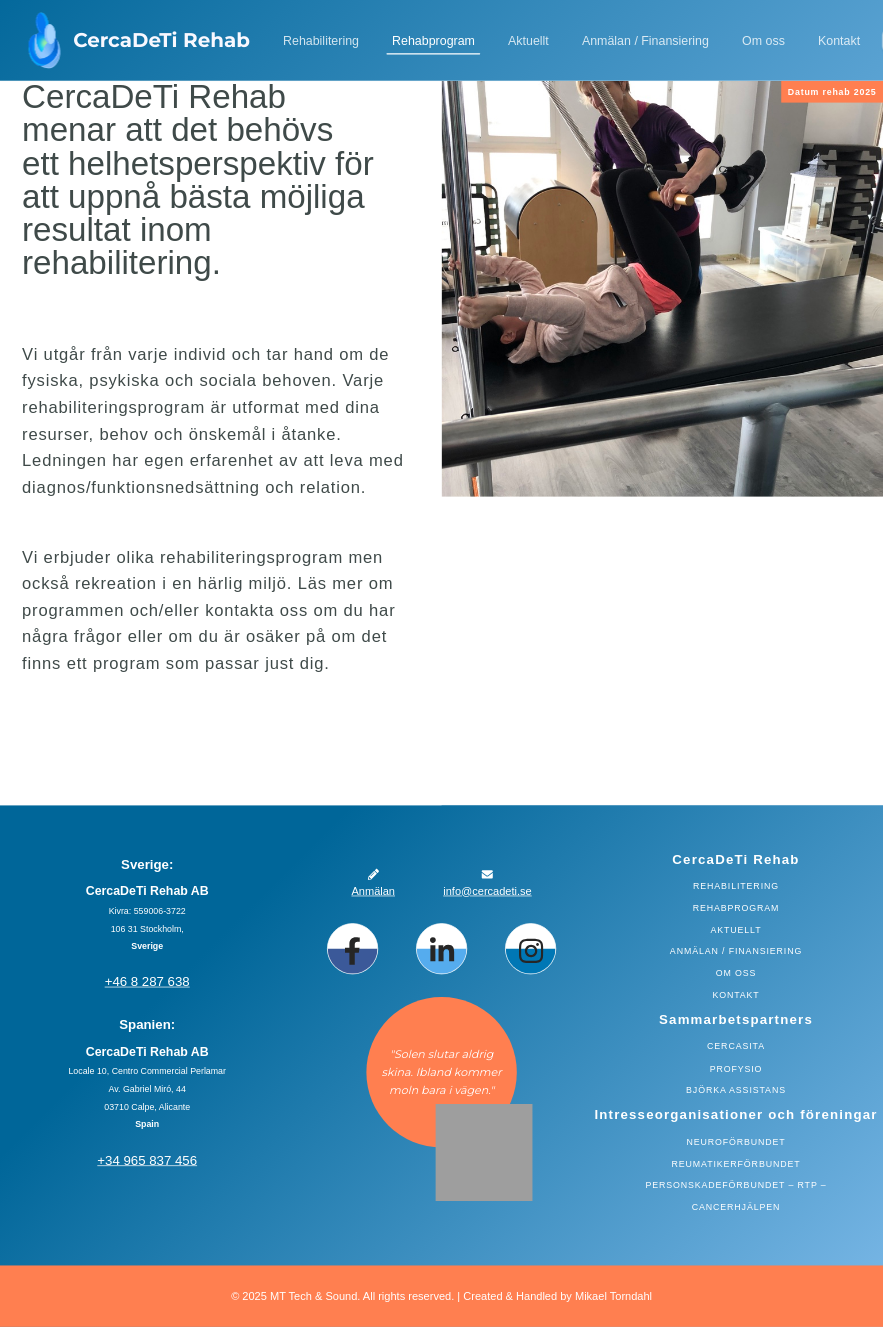
Repository: micketorndahl/CercaDeTi-rehab
Page: Rehabprogram.html
The author's editor kept a copy of each file at every save. The page is drawn from the files as they stood at one save, then again after the next save.
The browser window is 1280 px wide. The pictures show the whole page, at 69% of full size.
Pictures or frames that could not be fetched are drawn as grey boxes. The page's requests for data from a server got no answer. Some web fonts or font styles are not loaded; a fallback is used. Some web libraries are served in a nearby version.

Above is the page before, as saved 2025-02-07 02:54:39.
Console error: TypeError: Cannot set properties of null (setting 'innerHTML')

### Rehabprogram.html
<!DOCTYPE html>
<html lang="en">
  <head>
    <meta charset="UTF-8" />
    <meta name="viewport" content="width=device-width, initial-scale=1.0" />

    <link
      rel="stylesheet"
      href="https://use.fontawesome.com/releases/v5.6.3/css/all.css"
      integrity="sha384-UHRtZLI+pbxtHCWp1t77Bi1L4ZtiqrqD80Kn4Z8NTSRyMA2Fd33n5dQ8lWUE00s/"
      crossorigin="anonymous"
    />

    <script src="https://cdnjs.cloudflare.com/ajax/libs/font-awesome/5.15.4/js/all.min.js"></script>

    <link rel="stylesheet" href="style.css" />
    <link rel="stylesheet" href="tailwind.css" />
    <title>CercaDeTi Rehab</title>
  </head>
  <body>
    <div class="site-container">
      <header class="header">
        <div class="logo-wrapper">
          <div class="logo">
            <div class="logo-and-text">
              <a href="index.html">
                <img src="/images/cropped-CDTR.gif" alt="Logo" />
                <h1 class="cercadeti">CercaDeTi Rehab</h1>
              </a>
            </div>
          </div>
        </div>

        <nav class="main-nav">
          <div class="nav-container">
            <ul>
              <li>
                <a href="rehabilitering.html">Rehabilitering</a>
              </li>
              <li>
                <a href="rehabprogram.html" class="active">Rehabprogram</a>
              </li>
              <li><a href="aktuellt.html">Aktuellt</a></li>
              <li><a href="anmalan-finans.html">Anmälan / Finansiering</a></li>
              <li><a href="om-oss.html">Om oss</a></li>
              <li><a href="kontakt.html">Kontakt</a></li>
            </ul>
          </div>
        </nav>

        <div class="social-container">
          <div class="social">
            <ul>
              <li>
                <a
                  href="https://www.facebook.com/CercadetiRehab/"
                  title="Facebook"
                  ><i class="fab fa-facebook-f icon"></i
                ></a>
              </li>
              <li>
                <a
                  href="https://www.linkedin.com/company/cercadeti-rehab-ab"
                  title="LinkedIn"
                  ><i class="fab fa-linkedin-in icon"></i
                ></a>
              </li>
              <li>
                <a
                  href="https://www.instagram.com/cercadetirehab/"
                  title="Instagram"
                  ><i class="fab fa-instagram icon"></i
                ></a>
              </li>
            </ul>
          </div>
          <!-- DATES START -->
          <div class="dates-index">
            <div class="card-index">
              <h3>Datum rehab 2025</h3>
              <ul>
                <li>
                  5 – 26 April 2025
                  <a href="anmalan-form.html?period=april" class="label-tag"
                    >Anmäl</a
                  >
                </li>
                <li>
                  10 – 31 Maj 2025
                  <a href="anmalan-form.html?period=maj" class="label-tag"
                    >Anmäl</a
                  >
                </li>
                <li>
                  6 – 27 September 2025
                  <a href="anmalan-form.html?period=september" class="label-tag"
                    >Anmäl</a
                  >
                </li>
                <li>
                  4 – 25 Oktober 2025
                  <a href="anmalan-form.html?period=oktober" class="label-tag"
                    >Anmäl</a
                  >
                </li>
                <li>
                  1 – 22 November 2025
                  <a href="anmalan-form.html?period=november" class="label-tag"
                    >Anmäl</a
                  >
                </li>
              </ul>
            </div>
          </div>
          <!-- DATES END -->
        </div>
      </header>

      <!-- MAIN START -->
      <main>
        <div class="container-rehabprogram">
          <div class="rehabprogram-and-banner-container">
            <section class="rehabprogram">
              <h2>
                CercaDeTi Rehab menar att det behövs ett helhetsperspektiv för
                att uppnå bästa möjliga resultat inom rehabilitering.
              </h2>
              <p>
                Vi utgår från varje individ och tar hand om de fysiska, psykiska
                och sociala behoven. Varje rehabiliteringsprogram är utformat
                med dina resurser, behov och önskemål i åtanke. Ledningen har
                egen erfarenhet av att leva med diagnos/funktionsnedsättning och
                relation.
              </p>

              <p>
                Vi erbjuder olika rehabiliteringsprogram men också rekreation i
                en härlig miljö. Läs mer om programmen och/eller kontakta oss om
                du har några frågor eller om du är osäker på om det finns ett
                program som passar just dig.
              </p>
            </section>

            <div class="banner-rehabprogram" id="banner-rehabprogram">
              <!-- Background layers -->
              <div class="image1"></div>
              <div class="image2"></div>
              <div class="image3"></div>
              <div class="image4"></div>
              <div class="image5"></div>
              <div class="image6"></div>
              <!-- Banner Content -->
              <div class="banner-content-rehabprogram">
                <div class="ctas-container">
                  <a href="#main" class="button-CTA">Program</a>
                </div>
              </div>
            </div>
          </div>

          <!-- <section class="programs-list">
            Lorem ipsum, dolor sit amet consectetur adipisicing elit. Minima
            dolorum facilis voluptate sit, et nostrum accusantium aut earum
            explicabo vitae! Similique excepturi a explicabo officiis. Deleniti
            dolor delectus nobis dolore. Aspernatur magnam hic rem mollitia
            porro corrupti quia repellendus fugit laborum nemo exercitationem
            tenetur maiores ipsa autem iure dolorem vero suscipit quibusdam,
            dolor aliquam error ad neque. Molestias, quae! Nemo? Veritatis modi
            quidem est quos? Dolorem ab libero unde ex natus minima laboriosam
            voluptates, nemo dignissimos, voluptatibus consequatur magni.
            Deserunt nihil rem molestias illum voluptatem in doloribus vel
            voluptatibus deleniti. Dolores, qui aut odio, mollitia culpa
            doloremque repellat tempora repellendus, excepturi unde quisquam.
            Alias quos, labore doloremque doloribus laboriosam aspernatur quo
            suscipit explicabo sequi quibusdam, eveniet, voluptatibus
            accusantium recusandae modi! A, voluptatum sequi explicabo incidunt
            perspiciatis quod non repellendus distinctio aliquid ab sunt vel
            dignissimos earum impedit minus voluptate, dolorem iusto labore
            officia eos perferendis corrupti dolorum fugiat. Sapiente,
            veritatis. Fuga optio quas obcaecati cum ab eligendi odio eum maxime
            nam doloremque fugiat corrupti soluta dolores qui non sunt
            praesentium, voluptates placeat error nemo voluptatem quaerat
            provident! Totam, aliquid consectetur. Adipisci delectus praesentium
            aliquid, eligendi, inventore nesciunt explicabo, ratione
            reprehenderit enim a commodi nobis sint atque? Vel, inventore. Vel
            veniam aut temporibus earum cum provident vitae ipsum sed incidunt
            ducimus? Fuga saepe est quo! Fugiat consectetur quas tempora eum id,
            sit odit nobis nihil non commodi illo rerum doloribus consequatur
            repellat dolore vitae voluptas sint saepe pariatur. Voluptates,
            eaque illo. Reprehenderit quod ea laboriosam eaque unde! Hic
            doloribus voluptatem adipisci earum incidunt sunt dolorem
            praesentium non ullam quisquam, iure quod reprehenderit recusandae
            iusto dolor autem consequatur ducimus dolorum molestiae porro.
            Labore in voluptatum quas consequuntur eos mollitia rerum. Doloribus
            veniam reprehenderit consectetur eius molestias sint asperiores
            commodi fugiat aperiam beatae! Id animi sed reiciendis cum
            blanditiis? Nihil sit dolores praesentium.
          </section> -->
        </div>
      </main>
      <!-- MAIN END -->

      <!-- FOOTER START -->
      <footer class="footer-container">
        <div class="footer-top">
          <div class="footarea1 footer-shared">
            <address class="address-shared address-se">
              <h5>Sverige:</h5>
              <strong
                ><span class="address-company-name"
                  >CercaDeTi Rehab AB</span
                ></strong
              ><br />
              <span class="address-location">Kivra: 559006-3722</span><br />
              <span class="address-city">106 31 Stockholm,</span><br />
              <span class="address-country"
                ><strong>Sverige</strong><br
              /></span>
              <br />
              <span class="telephone"
                ><a href="tel:+468287638">+46 8 287 638</a></span
              >
            </address>

            <div class="address-shared address-es">
              <address>
                <h5>Spanien:</h5>
                <strong
                  ><span class="address-company-name"
                    >CercaDeTi Rehab AB</span
                  > </strong
                ><br />
                <span class="address-location"
                  >Locale 10, Centro Commercial Perlamar</span
                ><br />
                <span class="address-street">Av. Gabriel Miró, 44</span><br />
                <span class="address-city">03710 Calpe, Alicante<br /></span>
                <span class="address-country"
                  ><strong>Spain</strong><br
                /></span>
                <br />
                <span class="telephone"
                  ><a href="tel:+34965837456">+34 965 837 456</a></span
                >
              </address>
            </div>
          </div>
          <div class="footarea2 footer-shared">
            <div class="footarea2-links">
              <a href="anmalan-finans.html"
                ><i class="fas fa-pencil-alt"></i> Anmälan</a
              >
              <a href="mailto:info@cercadeti.se"
                ><i class="fas fa-envelope"></i> info@cercadeti.se</a
              >
            </div>
            <div class="social-footer">
              <ul>
                <li>
                  <a
                    href="https://www.facebook.com/CercadetiRehab/"
                    title="Facebook"
                  >
                    <i class="fab fa-facebook-f icon"></i>
                  </a>
                </li>

                <li>
                  <a
                    href="https://www.linkedin.com/company/cercadeti-rehab-ab"
                    title="LinkedIn"
                    ><i class="fab fa-linkedin-in icon"></i
                  ></a>
                </li>
                <li>
                  <a
                    href="https://www.instagram.com/cercadetirehab/"
                    title="Instagram"
                    ><i class="fab fa-instagram icon"></i
                  ></a>
                </li>
              </ul>
            </div>
            <div class="image-container-footer">
              <div class="image-wrapper">
                <p class="footer-quote">
                  "Solen slutar aldrig skina. Ibland kommer moln bara i vägen."
                </p>
                <img src="images/weelchair.icon.png" alt="wheelchair-icon" />
              </div>
            </div>
          </div>
          <div class="footarea3 footer-shared">
            <nav class="footer-nav">
              <div class="link-column1">
                <h4>CercaDeTi Rehab</h4>
                <ul>
                  <li><a href="rehabilitering.html">Rehabilitering</a></li>
                  <li><a href="rehabprogram.html">Rehabprogram</a></li>
                  <li><a href="aktuellt.html">Aktuellt</a></li>
                  <li>
                    <a href="anmalan-finans.html">Anmälan / Finansiering</a>
                  </li>
                  <li><a href="om-oss.html">Om oss</a></li>
                  <li><a href="kontakt.html">Kontakt</a></li>
                </ul>
              </div>

              <div class="link-column2">
                <h4>Sammarbetspartners</h4>
                <ul>
                  <li><a href="https://cercasita.com/">Cercasita</a></li>
                  <li><a href="https://profysio.es/">ProFysio</a></li>
                  <li>
                    <a href="https://www.bjorka-assistans.se/"
                      >Björka Assistans</a
                    >
                  </li>
                </ul>
              </div>

              <div class="link-column3">
                <h4>Intresseorganisationer och föreningar</h4>
                <ul>
                  <li><a href="https://neuro.se/">Neuroförbundet</a></li>
                  <li>
                    <a href="https://reumatiker.se/">Reumatikerförbundet</a>
                  </li>
                  <li>
                    <a href="https://rtp.se/">Personskadeförbundet – RTP – </a>
                  </li>
                  <li>
                    <a href="http://www.cancerhjalpen.se/">Cancerhjälpen</a>
                  </li>
                </ul>
              </div>
            </nav>
          </div>
        </div>
        <div class="footer-bottom">
          <div class="copyright">
            &copy; 2025 MT Tech &amp; Sound. All rights reserved. | Created
            &amp; Handled by Mikael Torndahl
          </div>
          <div class="additional-info"></div>
        </div>
      </footer>
      <!-- FOOTER END -->
    </div>
    <!-- SCRIPT SRCS -->
    <script src="js/script.js"></script>
    <script src="js/weather-api.js"></script>
  </body>
</html>

### style.css
@import url("css/reset.css");
@import url("css/standard.css");
@import url("css/variables.css");
@import url("css/typography.css");
@import url("css/layout.css");
@import url("css/navigation.css");
@import url("css/post.css");
@import url("css/footer.css");
@import url("css/searchbox.css");
@import url("css/page-templates.css");
@import url("css/mq-tablet.css");
@import url("css/mq-phone.css");
@import url("css/effects.css");
@import url("css/specific-classes.css");

### css/standard.css
/*
/* STANDARD
*/

html {
  scroll-behavior: smooth;
}

a {
  text-decoration: none;
}

[class*="fa"]:not([class*="fab"]) {
  display: block;
  margin: 0 auto;
  padding: 0.2rem;
}

### css/typography.css
/*
/* HEADLINES
*/

body {
  background-color: hsla(var(--white-hsl), 1);
  color: var(--gray-paragraph);
  font-style: normal;
}

.container-index p {
  font-size: 1.5rem;
  font-weight: 300;
  pre-wrap: white-space;
  text-align: center;
  margin: var(--margin);
  word-wrap: break-word;
}

.container-index p.important-paragraph {
  font-size: 2rem;
  font-weight: 700;
}

body,
body p,
.address-company-name,
address span,
h1,
h2,
h3,
h4,
h5,
h6 {
  font-family: var(--font-secondary), sans-serif;
  margin: 0;
  padding: 0;
  line-height: var(--body-font-line-height);
}

h1,
h2,
h3,
h4,
h5,
h6 {
  font-weight: bold;
}

h1 {
  font-size: 2rem;
}
h2 {
  font-size: calc(4rem + 1vw);
}

h3 {
  font-size: 1.6rem;
  color: hsla(var(--white-hsl), 1);
  margin-bottom: 0.5rem;
  letter-spacing: 0.09em;
}
h4 {
  font-size: 1.2rem;
  color: hsla(var(--white-hsl), 1);
  margin-bottom: 0.5rem;
  letter-spacing: 0.09em;
}
h5 {
  font-size: 1.2rem;
  font-style: normal;
  padding: 0;
}
h6 {
  font-size: 1rem;
}

.banner-content h2 {
  font-family: var(--font-ten), sans-serif;
  font-size: 6rem;
  font-style: bold;
  line-height: 1.2;
  margin-top: 1vmax;
  color: hsla(var(--white-hsl), 1);
}

header h3 {
  display: flex;
  justify-content: center;
  color: hsla(var(--white-hsl), 1);
  font-size: 1vmax;
  text-align: center;
  padding: 0.5rem;
  margin: 0;
}

.card-index li {
  color: hsla(var(--white-hsl), 1);
}

.address-company-name {
  font-size: 1.4vmax;
  font-weight: bold;
  font-style: normal;
}

address span {
  font-style: normal;
  font-size: 1vmax;
  font-weight: 400;
  margin: 0;
  padding: 0;
}

.aktuellt p.important-paragraph {
  font-size: 1.5vmax;
  font-weight: 700;
}

.aktuellt p.latest-paragrafh {
  font-size: 1.3rem;
  font-weight: 700;
  font-style: normal;
  color: var(--text-dark);
}

.omoss h2,
.rehabprogram h2 {
  font-size: 3rem;
  font-weight: 500;
  color: var(--text-gray);
  text-align: left;
  margin-left: var(--margin);
  padding-top: var(padding-top);
  padding-bottom: 2vmax;
  width: 80%;
}

.omoss .company-info p,
.rehabprogram p {
  display: flex;
  font-size: 1.5rem;
  margin: var(--margin);
  color: var(--text-gray);
  word-break: break-word;
  letter-spacing: 0.05em;
}

.bold {
  font-weight: 900;
}

### css/navigation.css
/* NAV */

.main-nav {
  display: flex;
  justify-content: space-around;
  align-items: center;
  padding: 0;
  flex-grow: 0;
  flex-shrink: 0;
}

nav.main-nav ul {
  display: flex;
  justify-content: center;
  margin: 0;
  padding: 0;
}

nav.main-nav ul li {
  list-style: none;
  margin: 0 1rem;
}

.main-nav a {
  position: relative;
  display: inline-block;
  padding: 0.5rem;
  text-decoration: none;
  transition: color 0.2s ease-in-out;
}

nav.main-nav ul li a {
  font-family: var(--font-secondary), sans-serif;
  font-size: 18px;
  font-weight: 400;
  line-height: 1rem;
  /* Slightly darker default color */
  color: var(--dullwhite);
  text-decoration: none;
  transition: all 0.4s ease-in-out;
}

.nav-container {
  display: flex;
}

nav.main-nav ul li a:hover {
  color: var(--white); /* Brighter on hover */
}

nav.main-nav ul li a.active {
  color: var(--white); /* Brightest when active */
}

nav.main-nav ul li a.active::after {
  content: "";
  position: absolute;
  left: 0;
  bottom: -4px;
  width: 100%;
  height: 1px; /* Adjusted height here */
  background-color: var(--white);
  border-radius: 2px;
  transition: transform 0.3s ease, background-color 0.3s ease;
}

/* Hover underline that grows from the left */
nav.main-nav ul li a::after {
  content: "";
  position: absolute;
  left: 0;
  bottom: -4px;
  width: 0;
  height: 1px;
  background-color: var(--white);
  border-radius: 2px;
  transition: width 0.6s ease, background-color 0.6s ease;
  opacity: 0;
}

nav.main-nav ul li a:hover::after {
  width: 100%;
  opacity: 1;
  height: 1px;
}

/* Active link styles */
nav.main-nav ul li a.active::after {
  width: 100%;
  height: 2px; /* Adjusted height here */
  opacity: 1;
}

.social-container {
  display: flex;
  justify-content: space-evenly;
  padding: 0;
  margin: 0;
  align-items: center;
  flex-grow: 1;
  flex-shrink: 1;
}

.social ul {
  display: flex;
  margin: 0;
  padding: 0;
}

.social li {
  margin: 0 0.5rem;
}

.social ul > li > a {
  margin: 0;
  padding: 0;
}

.ctas-container {
  display: flex; /* Aligns buttons side by side */
  justify-content: center;
  align-items: center;
}

### css/post.css
/*
/* POST */
/*

### css/searchbox.css
/*
/* SEARCHBOX */
/*

### css/mq-tablet.css
/*
/* MQ-TABLET */
/*

### css/mq-phone.css
/*
/* MQ-PHONE*/
/*

### css/specific-classes.css
.wrapper-color1 {
  background-color: var(--wrapper-color1);
}

.wrapper-color2 {
  background-color: var(--wrapper-color2);
}

.wrapper-color3 {
  background-color: var(--wrapper-color3);
}

.wrapper-color4 {
  background-color: var(--wrapper-color4);
}

.wrapper-color5 {
  background-color: var(--wrapper-color5);
}

.wrapper-color6 {
  background-color: var(--wrapper-color6);
}

.wrapper-color7 {
  background-color: var(--wrapper-color7);
}

.wrapper-color8 {
  background-color: var(--wrapper-color8);
}

.padding-1 {
  padding-top: 6.6rem;
  padding-bottom: 6.6rem;
}

Loaded but not shown: tailwind.css (library); js/script.js (232 lines, source omitted); js/weather-api.js (90 lines, source omitted); css/page-templates.css (1044 lines, source omitted); css/layout.css (396 lines, source omitted); css/effects.css (384 lines, source omitted); css/reset.css (364 lines, source omitted); css/variables.css (111 lines, source omitted); css/footer.css (185 lines, source omitted)

After the next save:
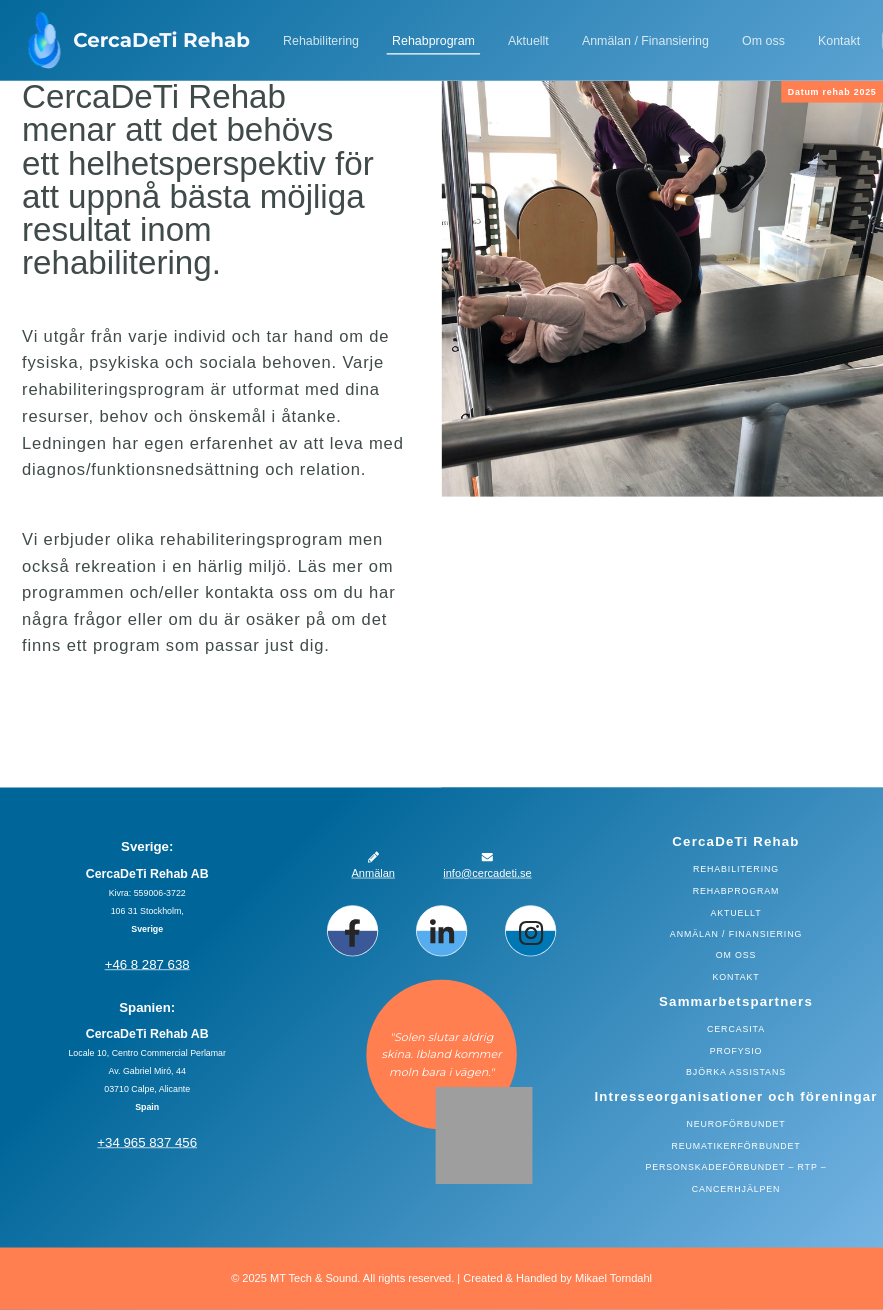
Saved 52 s later.
--- a/css/typography.css
+++ b/css/typography.css
@@ -131,7 +131,7 @@
   color: var(--text-gray);
   text-align: left;
   margin-left: var(--margin);
-  padding-top: var(padding-top);
+  padding-top: var(--padding-top: 6rem;)
   padding-bottom: 2vmax;
   width: 80%;
 }
